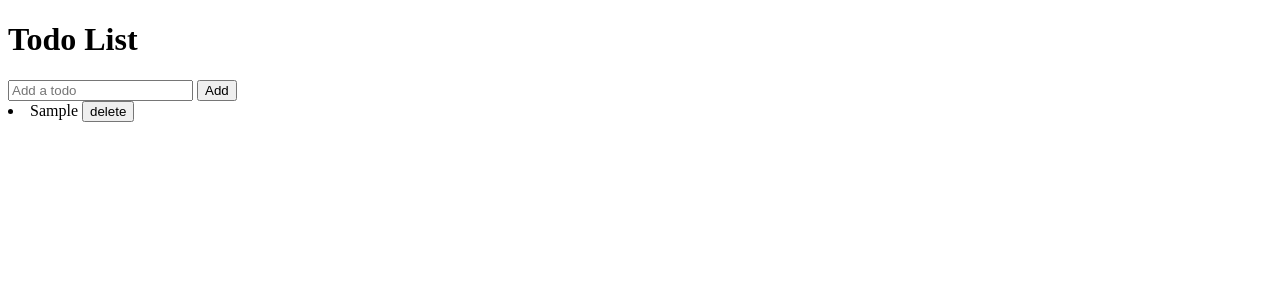
Repository: ble-syn/Todo-list
Page: index.html
These files come from the project's save history. The page is drawn as it stood at one moment and after the next save; the edit follows.
The browser window is 1280 px wide. The pictures show the whole page.
Empty fields were first filled with sample values (such as "Sample", 5 or name@example.com).
After loading, the first visible `button` was clicked once.

Above is the page before, as saved 2022-10-17 21:22:39.

### index.html
<!DOCTYPE html>
<html lang="en">
<head>
    <meta charset="UTF-8">
    <meta http-equiv="X-UA-Compatible" content="IE=edge">
    <meta name="viewport" content="width=device-width, initial-scale=1.0">
    <title>Todo List</title>
</head>
<body>
    <main>
        <h1>Todo List</h1>
            <input type="text" name="todo" placeholder="Add a todo">
            <button>Add</button>
            <div id="list"></div>
    </main>

    <script src="app.js"></script>
</body>
</html>

### app.js
const todo = document.querySelector('input');
const button = document.querySelector('button');
let todoList = document.querySelector('#list');

todoArray = [];


function render (){
    todoList.innerHTML = ""
    const items = todoArray.map((element, index) => {
        return `
            <li>
                <span>${element}</span>
                <button id="${index}" onclick="delFunc(${index})">delete</button>
            </li>
        `
    });
    todoList.innerHTML = items
}

function delFunc(index){
    todoArray.splice(index, 1)
    render()
}

// function setLocal(index){
// check length of array
// if empty set item in storage

// if not empty, read items from storage, apend item to the items, set array to items, store new
//     console.log('hehehe', index)
// }

button.addEventListener('click', () => {
    const value = todo.value;
    if (value == ""){
        return
    }
    todoArray.push(value);
    // setLocal(value);
    render();
    todo.value = "";

});

After the next save:
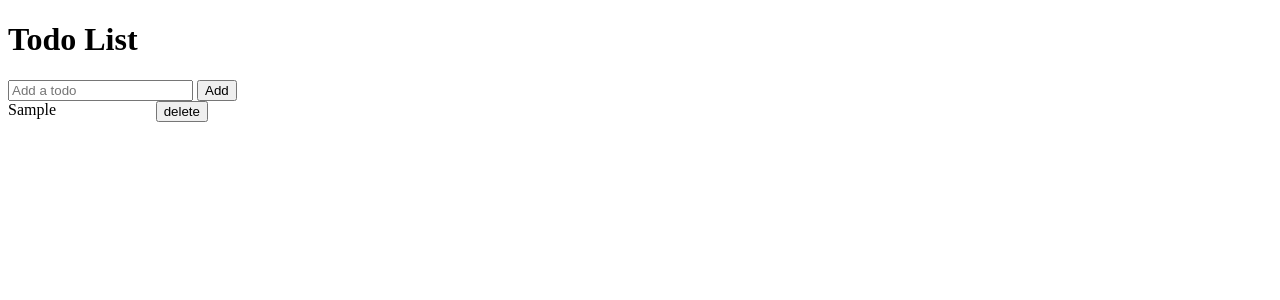
Saved 19 s later.
--- a/app.js
+++ b/app.js
@@ -9,7 +9,7 @@ function render (){
     todoList.innerHTML = ""
     const items = todoArray.map((element, index) => {
         return `
-            <li>
+            <li style="display: flex; justify-content: space-between; width: 200px;">
                 <span>${element}</span>
                 <button id="${index}" onclick="delFunc(${index})">delete</button>
             </li>
